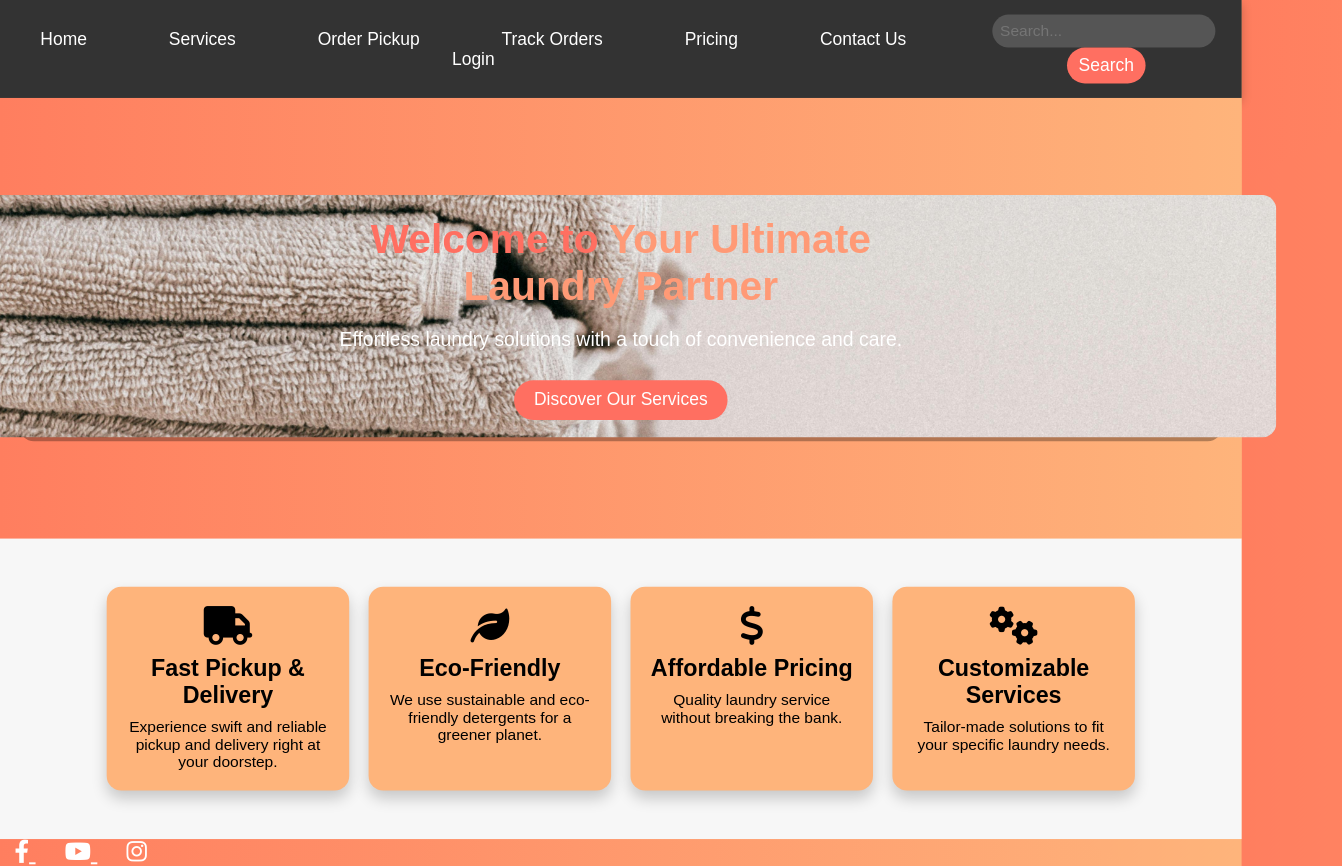
Repository: wmrmweerakoon/Online-Laundry-Management-System
Page: http://localhost/LaundryManagementSystem/home.jsp
The author's editor kept a copy of each file at every save. The page is drawn from the files as they stood at one save, then again after the next save.
The browser window is 1280 px wide. The page is 1384 px wide, so the pictures cover 1384 px, including what lies to the right of the window. The pictures show the whole page, at 97% of full size.
The page is served by Tomcat 9.

Above is the page before, as saved 2024-10-08 03:56:07.

After the next save:
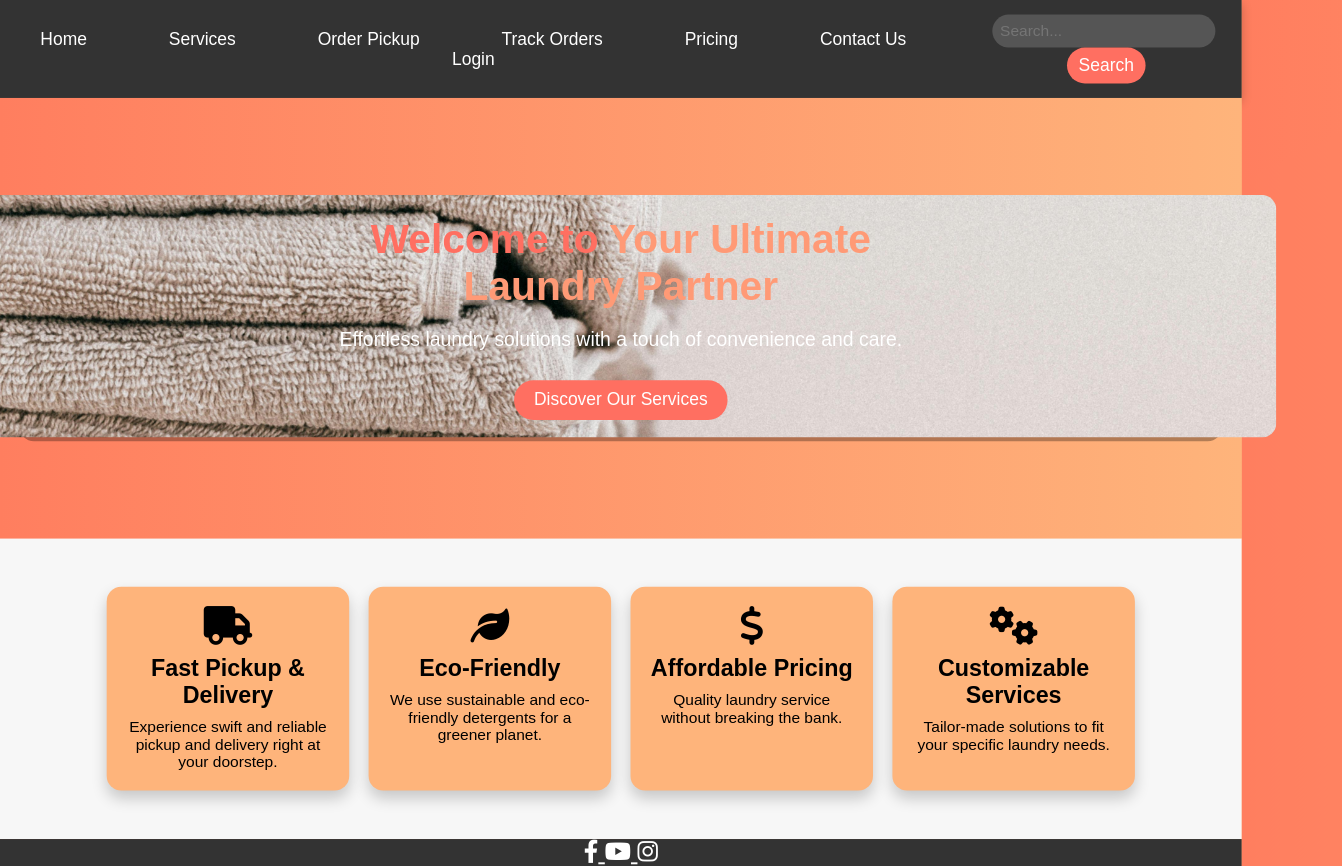
Saved 2 min 34 s later.
--- a/Projects/LaundryManagementSystem/src/main/webapp/CSS/home.css
+++ b/Projects/LaundryManagementSystem/src/main/webapp/CSS/home.css
@@ -272,13 +272,29 @@ button:hover {
 }
 
 
+.social-media {
+    text-align: center;
+    padding: 20px 0;
+    background-color: var(--menu-bg-color); /* Match the menu bar color */
+}
+
 .social-media a {
-    color: var(--accent-color) !important;
-    font-size: 24px !important;
-    margin: 0 15px !important;
-    transition: color 0.3s ease !important;
+    color: var(--accent-color);
+    font-size: 24px;
+    margin: 0 15px;
+    transition: color 0.3s ease;
 }
 
 .social-media a:hover {
-    color: var(--primary-color) !important;
-}
+    color: var(--primary-color);
+}
+
+.social-icon img {
+    width: 24px;
+    height: 24px;
+    transition: transform 0.3s ease;
+}
+
+.social-icon img:hover {
+    transform: scale(1.1);
+}
